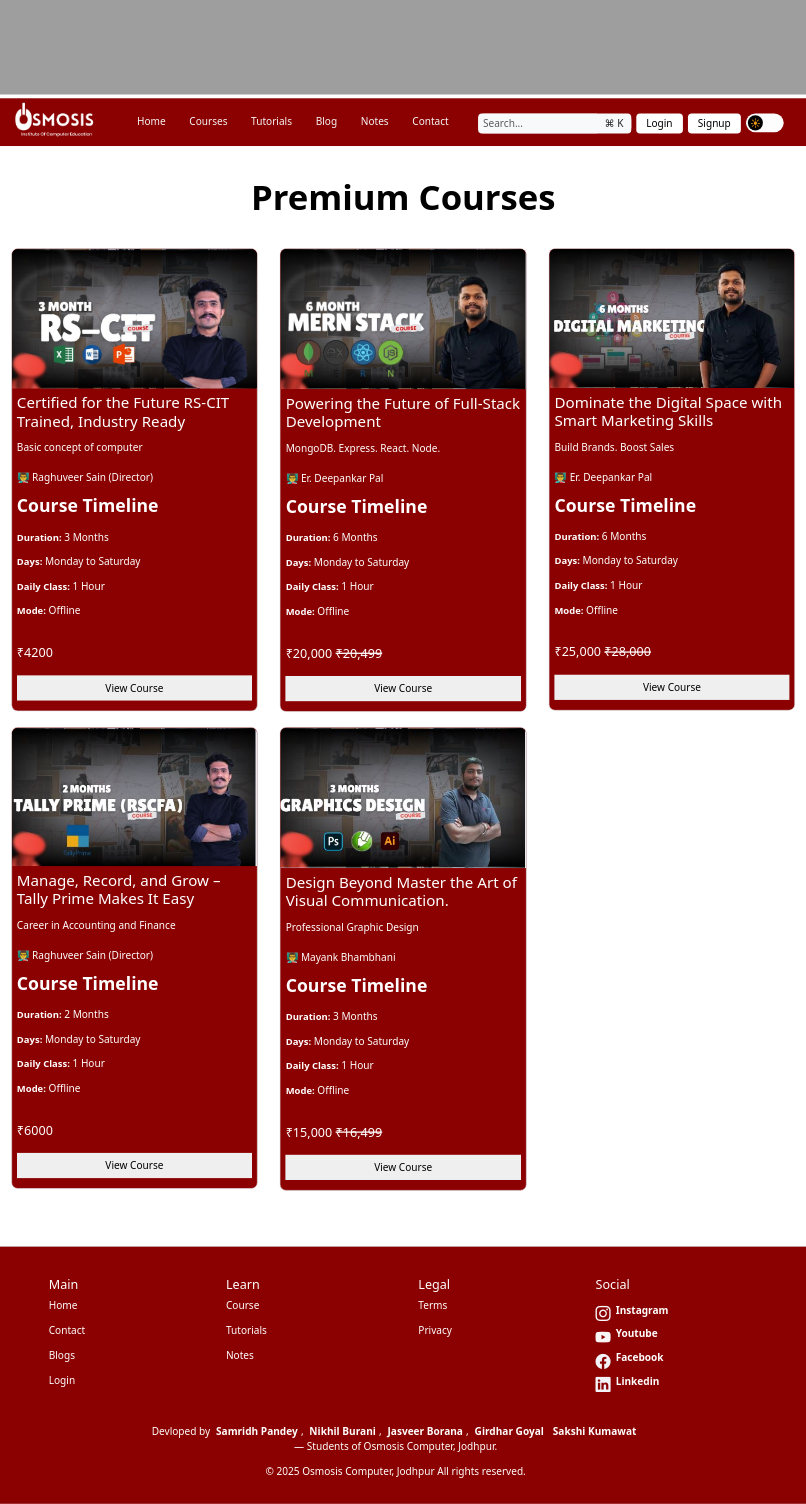
Repository: samriidhpandey/osmosis
Page: /Courses
These files come from the project's save history. The page is drawn as it stood at one moment and after the next save; the edit follows.
The browser window is 1280 px wide. The pictures show the whole page, at 63% of full size.
Pictures or frames that could not be fetched are drawn as grey boxes. The project was rebuilt for these pictures with package versions that can differ from the ones it lists, and the page was loaded fresh each time. Also part of the build but not shown: vite.config.js, src/Section2.jsx, src/Section3.jsx, src/Section4.jsx, src/InfiniteReviewScroll.jsx, src/Section5.jsx, src/TypingText.jsx, src/AnimatedName.jsx and 103 more. Imported but missing from the stored project, and not drawn on this page: src/Images/final-app-on-mobile.mp4, src/Images/final-app-on-pc.mp4, src/Images/open-terminals.mp4, src/Images/python-location.mp4.

Above is the page before, as saved 2025-07-21 16:19:41.

After the next save:
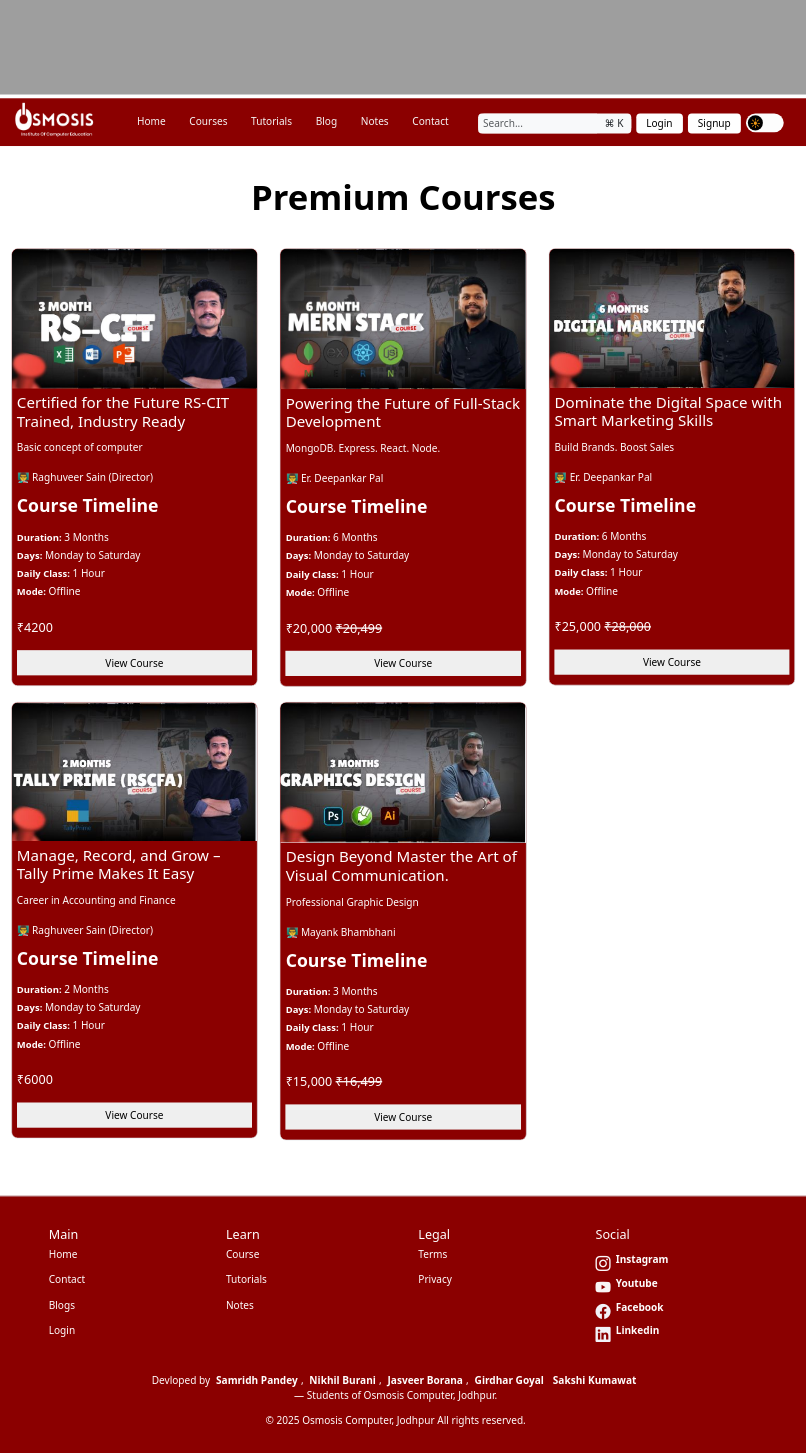
Saved 56 s later.
--- a/src/Component2/Courses.jsx
+++ b/src/Component2/Courses.jsx
@@ -30,7 +30,7 @@
     fontSize: "16px",
     color: "white",
     // lineHeight:'-100px',
-    marginBottom: "-25px",
+    marginBottom: "-35px",
   };
   return (
     <>
